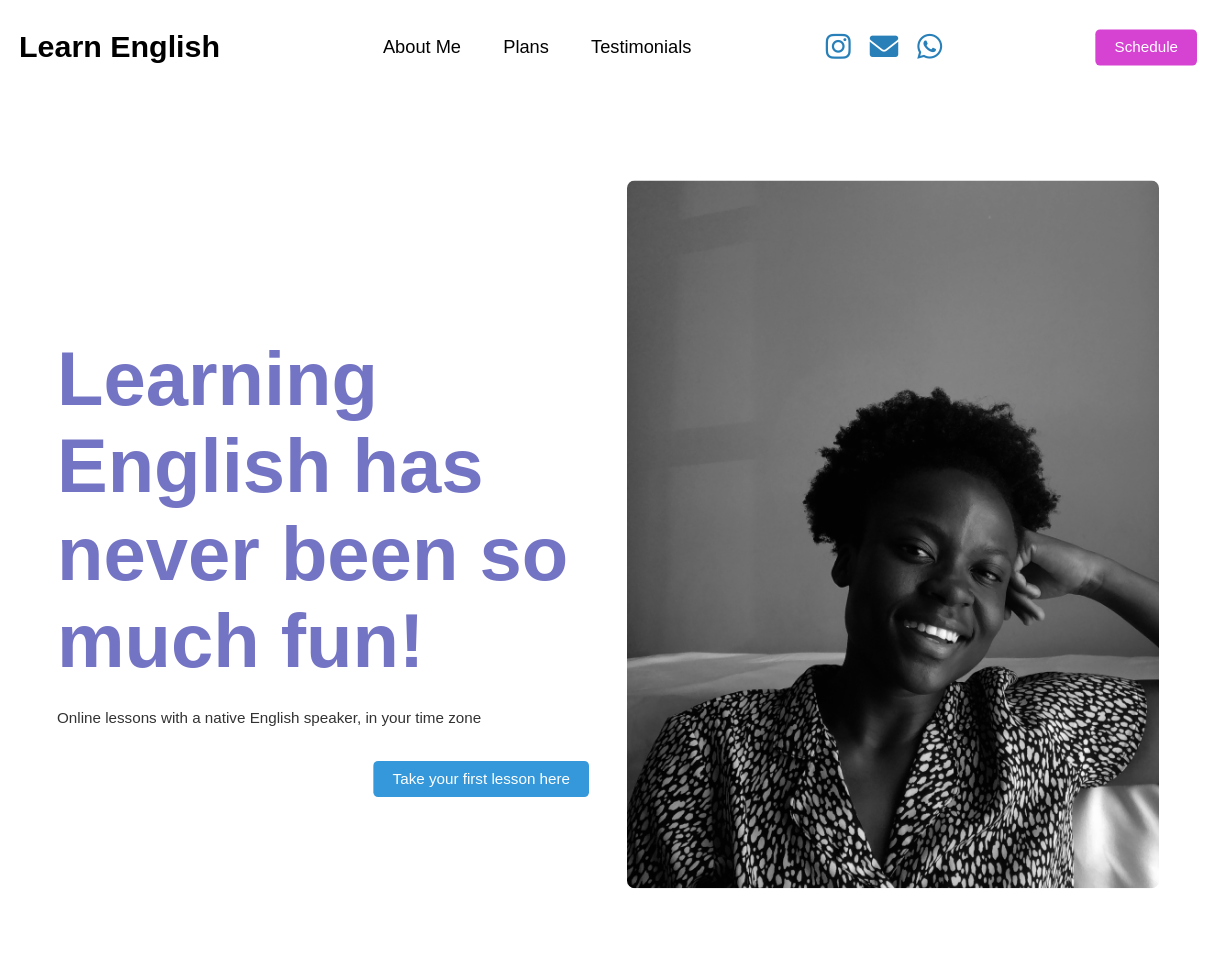
Repository: ntandomagana/esl-landing-page
Page: index.html
The author's editor kept a copy of each file at every save. The page is drawn from the files as they stood at one save, then again after the next save.
The browser window is 1280 px wide. The pictures show the whole page, at 95% of full size.

Above is the page before, as saved 2024-07-17 12:54:52.

### index.html
<!DOCTYPE html>
<html lang="en">
<head>
    <meta charset="UTF-8">
    <meta name="viewport" content="width=device-width, initial-scale=1.0">
    <link rel="stylesheet" href="https://cdnjs.cloudflare.com/ajax/libs/font-awesome/6.0.0-beta3/css/all.min.css">

    <title>Berry's English</title>
    <link rel="stylesheet" href="index.css">
</head>
<body>
    <!-- Header Section -->
    <header>
        <div class="header-container">
            <div class="logo"><h1>Learn English</h1>
            </div>
            <nav>
                <ul>
                    <li><a href="#about">About Me</a></li>
                    <li><a href="#services">Plans</a></li>
                    <li><a href="#testimonials">Testimonials</a></li>

                </ul>
            </nav>
            <div class="social-links">
                <a href="#" class="social-link"><i class="fab fa-instagram"></i></a>
                <a href="mailto:berry@example.com" class="social-link"><i class="fas fa-envelope"></i></a>
                <a href="https://wa.me/1234567890" class="social-link"><i class="fab fa-whatsapp"></i></a>
            </div>
            <a href="#contact" class="schedule-button">Schedule</a>
        </div>
    </header>

    <!-- Left and right division -->
     <section class="content-section">
        <div class="content-wrapper">
            <div class="left-content">
                <h2>Learning English has <br />
                    never been so much fun!</h2>
                <p>Online lessons with a native English speaker, in your time zone</p>
                <a href="#contact" class="action-button">Take your first lesson here</a>
            </div>

            <div class="right-content">
                <img src="./assets/bwpp.jpg" alt="Teacher Berry's Image">

            </div>
        </div>

     </section>
    </footer>
</body>
</html>

### index.css
/* styles.css */

body {
    font-family: Arial, Helvetica, sans-serif;
    margin: 0;
    padding: 0;
}

.header-container {
    display: flex;
    justify-content: space-between;
    align-items: center;
    padding: 10px 20px;
    background-color: white;

}

.logo img {
    height: 120px;
    opacity: 0.7;
    width: auto;
}

nav {
    margin-left: 20px; /* Add margin to the left of the entire nav element */
}

nav ul {
    list-style-type: none;
    padding: 0;
    margin: 0;
}

nav ul li {
    display: inline;
    margin: 20px; /* Adjust margin to add space between list items */
}

nav ul li:last-child {
    margin-right: 0;
}

nav ul li a {
    color: rgb(2, 2, 2);
    text-decoration: none;
    font-size: 1.2rem;
}

nav ul li a:hover {
    color: #d642d2;
    font-weight: bold;
}

.social-links {
    display: flex;
    align-items: center;
    margin-right: 20px;
}

.social-link {
    margin: 0 10px;
    display: inline-block;
    color: black;
    font-size: 30px;
}

.social-link i {
    color:#2980b9;
}

.social-link:hover i {
    color: #d642d2;
}

.schedule-button {
    padding: 10px 20px;
    background-color: #d642d2;
    color: #fff;
    text-decoration: none;
    border-radius: 5px;
    transition: background-color 0.3s ease;
}

.schedule-button:hover {
    background-color: #489fbc;
}

.content-section {
    padding: 50px 0;
    text-align: center;
}

.content-wrapper {
    display: flex;
    justify-content: space-around;
    align-items: stretch;
    max-width: 1200px;
    margin: 20px auto;
}

.left-content {
    flex: 1;
    padding: 20px;
    text-align: left;
    display: flex;
    flex-direction: column;
    justify-content: center;
    align-items: flex-end;
}


.left-content h2 {
    font-size: 5rem;
    align-items: flex-end;
    color: rgb(116, 116, 196);
    margin-bottom: 10px;
    width: 100%;
}

.left-content p {
    font-size: 1rem;
    color: #333;
    width: 100%;
}

.right-content {
    flex: 1;
    padding: 20px;
    text-align: center;
    display: flex;
    justify-content: center;
    align-items: center;
}

.right-content img {
    max-width: 100%;
    height: auto;
    max-height: 800px; /* Example maximum height, adjust as needed */
    border-radius: 8px;
    /* Optional: Adds a subtle shadow */
}

.action-button {
    display: inline-block;
    padding: 10px 20px;
    background-color: #3498db;
    color: #fff;
    text-decoration: none;
    border-radius: 5px;
    transition: background-color 0.3s ease;
    margin-top: 20px; /* Add space above the button */
    position: relative;
     z-index: 1;
}

.action-button:hover {
    background-color: #2980b9;
}

After the next save:
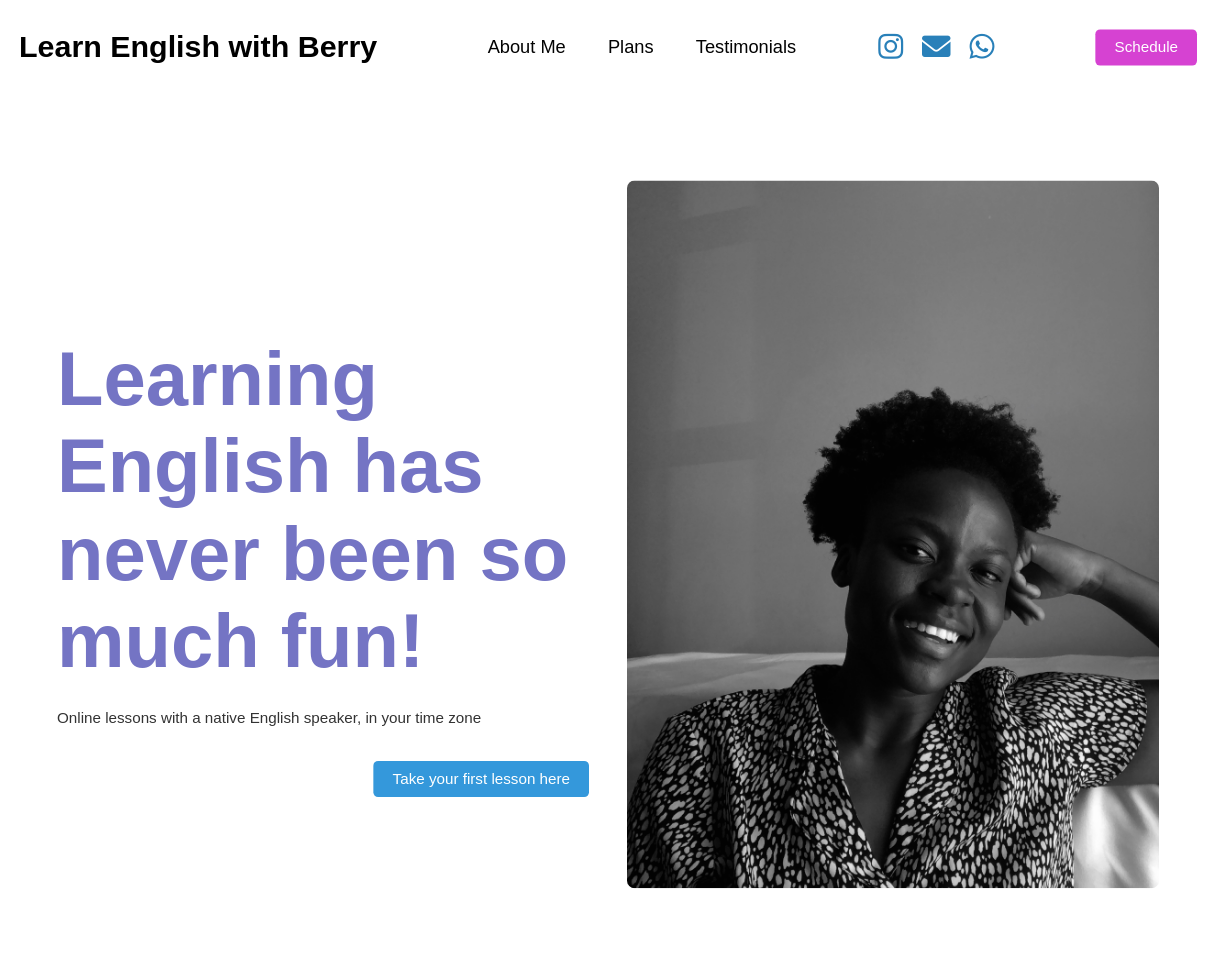
Saved 4 s later.
--- a/index.html
+++ b/index.html
@@ -12,7 +12,7 @@
     <!-- Header Section -->
     <header>
         <div class="header-container">
-            <div class="logo"><h1>Learn English</h1>
+            <div class="logo"><h1>Learn English with Berry</h1>
             </div>
             <nav>
                 <ul>
